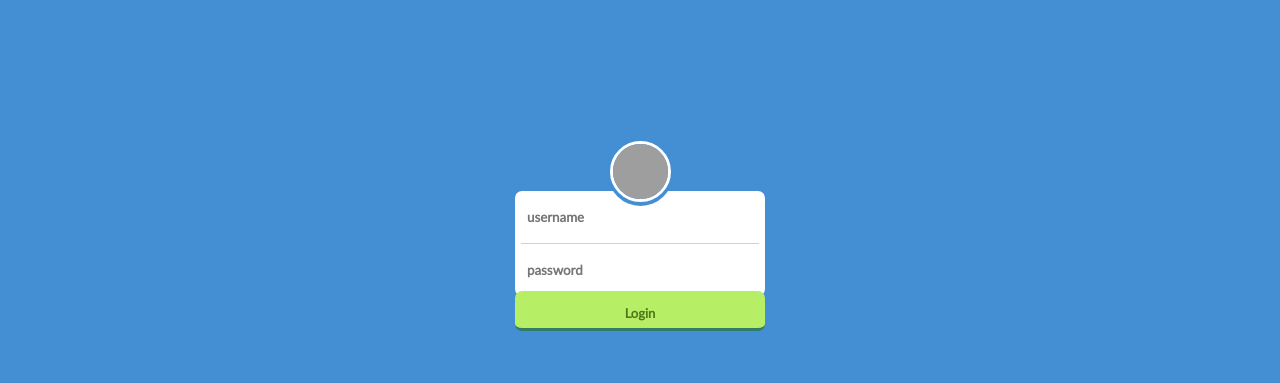
Repository: Naokiyuy/DigitalHum
Page: http://localhost/digital/backend/login.jsp
An editor plug-in stored every save of this project. The page is shown before and after the next save, followed by the edit.
The browser window is 1280 px wide. The pictures show the whole page.
Pictures or frames that could not be fetched are drawn as grey boxes. The page is served by Tomcat 9. Nobody is signed in. The application's start-up code is not run. Other server files are loaded and not shown.

Above is the page before, as saved 2015-03-23 19:10:22.

### digital/src/main/webapp/backend/login.jsp
<%@ page language="java" contentType="text/html; charset=UTF-8" pageEncoding="UTF-8"%>
<%@taglib prefix="c" uri="http://java.sun.com/jsp/jstl/core"%>
<!DOCTYPE html PUBLIC "-//W3C//DTD HTML 4.01 Transitional//EN" "http://www.w3.org/TR/html4/loose.dtd">
<html>
<head>
<style type="text/css">
@font-face {
  font-family: 'Lato';
  font-style: normal;
  font-weight: 400;
  src: local('Lato Regular'), local('Lato-Regular'), url(http://themes.googleusercontent.com/static/fonts/lato/v7/qIIYRU-oROkIk8vfvxw6QvesZW2xOQ-xsNqO47m55DA.woff) format('woff');
}

body {
	background: #448ed3 ;
	font-family: "Lato" ;
}
.wrap {
	width:250px;
	height: auto;
	margin: auto;
	margin-top: 10%;
}
.avatar {
	width: 100%;
	margin: auto;
	width: 65px;
	border-radius: 100px;
	height: 65px;
	background: #448ed3 ;
	position: relative;
	bottom: -15px;
}
.avatar img {
	width: 55px;
	height: 55px;
	border-radius: 100px;
	margin: auto;
	border:3px solid #fff;
	display: block;
}
.wrap input {
	border: none;
	background: #fff;
  font-family:Lato ;
  font-weight:700 ;
	display: block;
	height: 40px;
	outline: none;
	width: calc(100% - 24px) ;
	margin: auto;
	padding: 6px 12px 6px 12px;
}
.bar {
	width: 100%;
	height: 1px;
	background: #fff ;
}
.bar i {
	width: 95%;
	margin: auto;
	height: 1px ;
	display: block;
	background: #d1d1d1;
}
.wrap input[type="text"] {
	border-radius: 7px 7px 0px 0px ;
}
.wrap input[type="password"] {
	border-radius: 0px 0px 7px 7px ;
}
.forgot_link {
	color: #83afdf ;
	color: #83afdf;
	text-decoration: none;
	font-size: 11px;
	position: relative;
	left: 193px;
	top: -36px;
}
.wrap input[type="submit"] {
	width: 100%;
	border-radius: 7px;
	background: #b6ee65;
	text-decoration: center;
	border: none;
	color: #51771a;
  margin-top:-5px;
	padding-top: 14px;
	padding-bottom: 14px;
	outline: none;
	font-size: 13px;
	border-bottom: 3px solid #307d63;
	cursor: pointer;
}
</style>
</head>
<body>

	<div class="wrap">
		<div class="avatar">
			<img src="http://cdn.ialireza.me/avatar.png" alt=""/>
		</div>
		<form method="post" action="/backend/j_spring_security_check">
			<input name="j_username" type="text" placeholder="username" required/>
			<div class="bar">
				<i></i>
			</div>
			<input name="j_password" type="password" placeholder="password" required/>
			<input value="Login" type="submit" />
		</form>
	</div>


	<br />
	<c:if test="${param.status=='error'}">
		<label style="color:red">Invalid username or password!!</label>
	</c:if>
	<c:if test="${param.status=='logout'}">
		<label style="color:green">Logged out successfully!</label>
	</c:if>
</body>
</html>

After the next save:
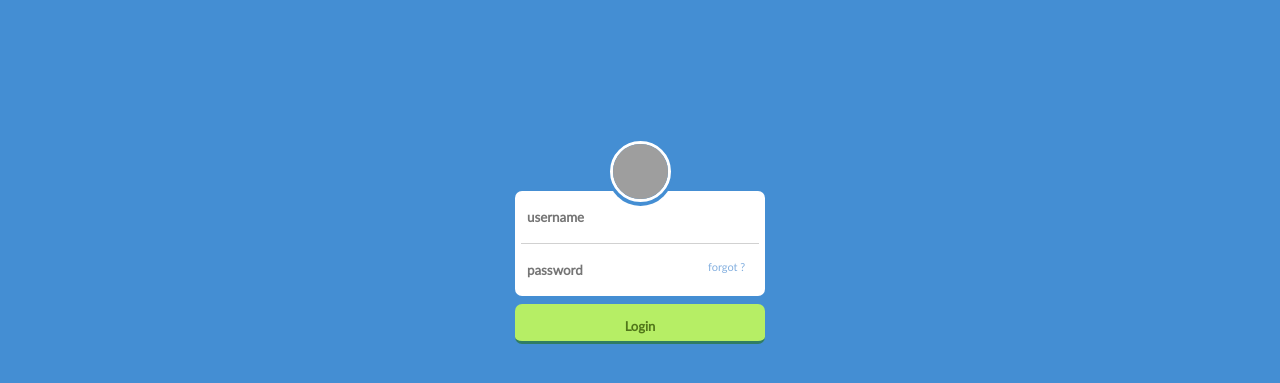
Saved 20 s later.
--- a/digital/src/main/webapp/backend/login.jsp
+++ b/digital/src/main/webapp/backend/login.jsp
@@ -107,6 +107,7 @@
 				<i></i>
 			</div>
 			<input name="j_password" type="password" placeholder="password" required/>
+			<a href="" class="forgot_link">forgot ?</a>
 			<input value="Login" type="submit" />
 		</form>
 	</div>

After the save that followed:
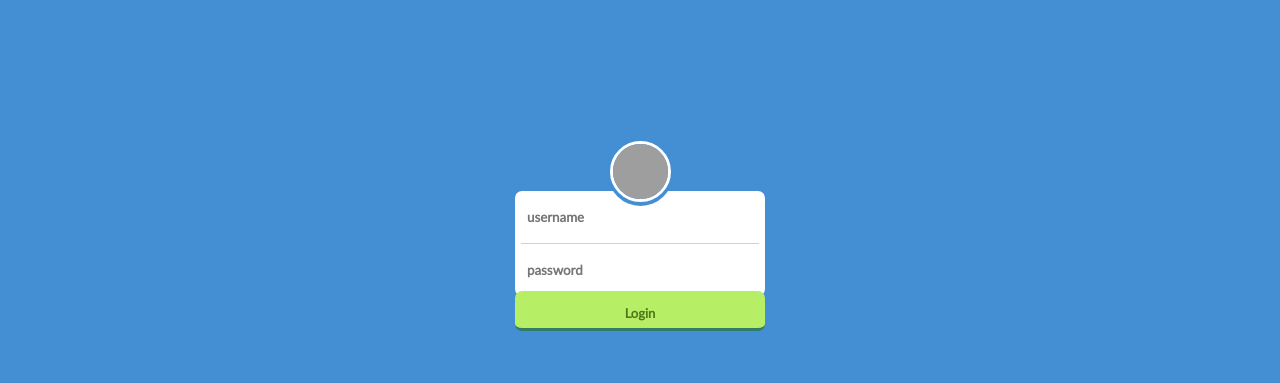
Saved 41 s later.
--- a/digital/src/main/webapp/backend/login.jsp
+++ b/digital/src/main/webapp/backend/login.jsp
@@ -107,7 +107,7 @@
 				<i></i>
 			</div>
 			<input name="j_password" type="password" placeholder="password" required/>
-			<a href="" class="forgot_link">forgot ?</a>
+			<a href="" class="forgot_link"></a>
 			<input value="Login" type="submit" />
 		</form>
 	</div>
